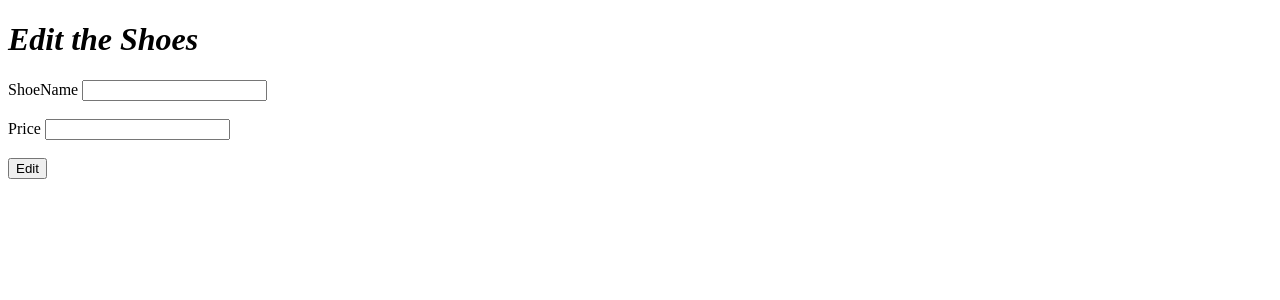
Repository: SwatiJajoriya/JPAForeignKey
Page: http://localhost/SportyShoes/editshoe.jsp
The author's editor kept a copy of each file at every save. The page is drawn from the files as they stood at one save, then again after the next save.
The browser window is 1280 px wide. The pictures show the whole page.
The page is served by Tomcat 9.

Above is the page before, as saved 2023-01-30 09:02:30.

After the next save:
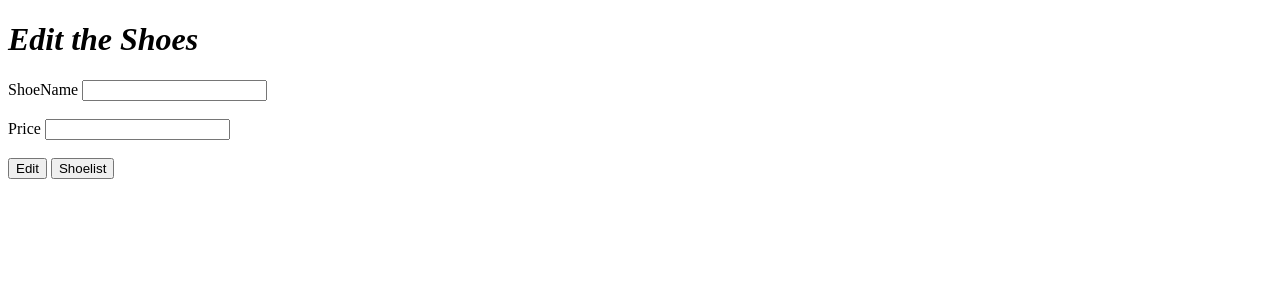
Saved 101 s later.
--- a/SportyShoes/src/main/webapp/editshoe.jsp
+++ b/SportyShoes/src/main/webapp/editshoe.jsp
@@ -17,6 +17,9 @@ ShoeName <input type="text" name="shoeName"><br><br>
 Price <input type="text" name="shoePrice"><br><br>
 
 <input type="submit" value="Edit">
+
+<form action="shoelist">
+<input type="submit" value="Shoelist">
 </form>
 </body>
 </html>
